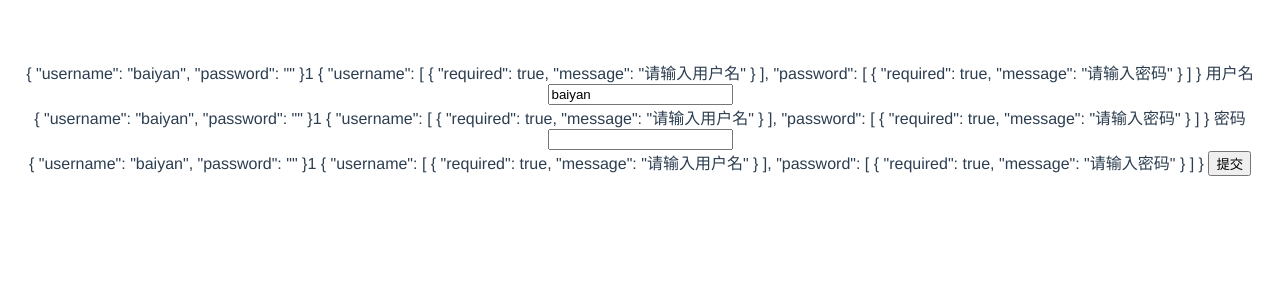
Repository: lxl0302/ClassBegin_-sound_code
Page: /#/kform
These files come from the project's save history. The page is drawn as it stood at one moment and after the next save; the edit follows.
The browser window is 1280 px wide. The pictures show the whole page.
The project was rebuilt for these pictures with package versions that can differ from the ones it lists, and the page was loaded fresh each time.

Above is the page before, as saved 2020-07-08 10:30:00.

After the next save:
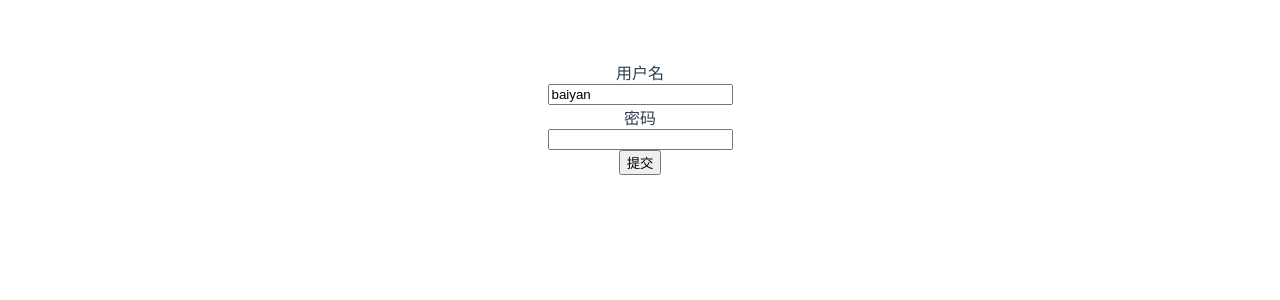
Saved 6 s later.
--- a/src/form/FromItem.vue
+++ b/src/form/FromItem.vue
@@ -1,7 +1,5 @@
 <template>
   <div class>
-    {{form.model}}1
-    {{form.rules}}
     <label v-if="label">{{label}}</label>
     <slot></slot>
     <p v-if="errorMessage">{{errorMessage}}</p>
